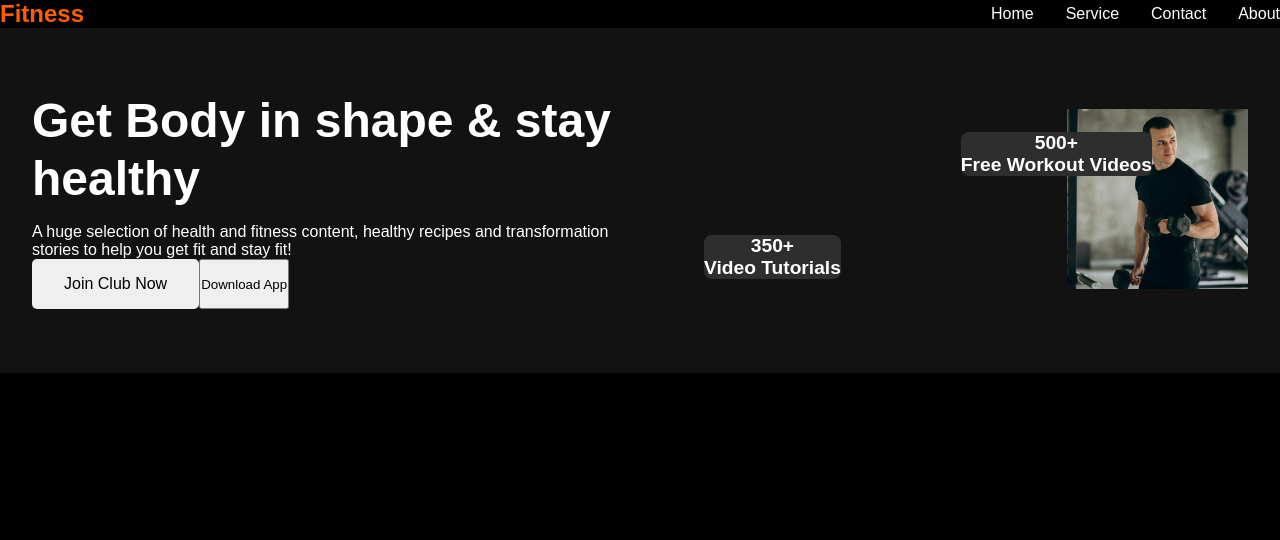
Repository: Aminul-Islam85/Assignment-2
Page: index.html
An editor plug-in stored every save of this project. The page is shown before and after the next save, followed by the edit.
The browser window is 1280 px wide. The pictures show the whole page.

Above is the page before, as saved 2024-10-23 15:25:34.

### index.html
<!DOCTYPE html>
<html lang="en">
<head>
    <meta charset="UTF-8">
    <meta name="viewport" content="width=device-width, initial-scale=1.0">
    <title>Fitness Website</title>
    <link rel="stylesheet" href="styles.css">
</head>
<body>

    <nav class="navbar">
        <h1 class="heading-text"></a>Fitness</h1>
        <ul class="nav-links">
            <li><a href="#"></a>Home</li>
            <li><a href="#"></a>Service</li>
            <li><a href="#"></a>Contact</li>
            <li><a href="#"></a>About</li>
        </ul>
        <div class="hamburger">
            <span></span>
            <span></span>
            <span></span>
        </div>
    </nav>

    <section class="hero">
        <div class="hero-content">
            <h1>Get Body in <span class="highlighted">shape</span> & stay healthy</h1>
            <p>A huge selection of health and fitness content, healthy recipes and transformation stories to help you get fit and stay fit!</p>
            <div class="hero-buttons">
                <button class="cta-btn join-btn"> Join Club Now</button>
                <button cta-btn download-btn>Download App</button>
            </div>
        </div>
        <div class="hero-image">
            <img src="images/image 5.png" alt="Trainer">
        </div>

        <div class="info-card workout-card">500+<br>Free Workout Videos</div>
        <div class="info-card tutorial-card">350+<br>Video Tutorials</div>
    </section>


</body>
</html>

### styles.css
/*Global Styles*/
* {
    margin: 0;
    padding: 0;
    box-sizing: border-box;
}

body {
    font-family: 'Arial', sans-serif;
    background-color: black;
    color: #fff;
}

/*Navbar*/
.navbar {
    display: flex;
    justify-content: space-between;
    align-items: center;
    padding: 1 rem 2 rem;
    background-color: transparent;
}

.heading-text {
    font-size: 1.5rem;
    color: #ff5e00;
}

/*nav-link hidden in moble*/
.nav-links {
    list-style: none;
    display: flex;
    gap: 2rem;
}

.nav-links a {
    color: #fff;
    text-decoration: none;
    font-size: 1rem;
}

/*Hamburger menu hidden in desktop*/
.hamburger {
    display: none;
    flex-direction: column;
    cursor: pointer;
}

.hamburger span {
    width: 25px;
    height: 3px;
    background-color: #fff;
    margin: 4px;
    transition: 0.3s;
}

/*responsiveness*/

@media (max-width: 768) {
    .nav-links {
        display: none;
    }
    .hamburger {
        display: flex;
    }
    /*hamburger clicked show nav-links*/
    .navbar.active .nav-links {
        display: flex;
        flex-direction: column;
        position: absolute;
        top: 60px;
        right: 0;
        background-color: #12121212;
        width: 100%;
        height: auto;
        text-align: center;
        padding: 1rem;
    }
    .nav-links li {
        margin: 1rem 0;
    }
}

/* Hero section*/
.hero {
    display: flex;
    justify-content: space-between;
    align-items: center;
    padding: 4rem 2rem;
    background-color: #121212;
    position: relative;
}
.hero-content {
    max-width: 50%;
}

.hero h1 {
    font-size: 3rem;
    line-height: 1.2;
    margin-bottom: 1rem;
}

.hero.highlighted {
    font-style: italic;
    font-weight: 700;
    color: #ff5e00;
}

hero p {
    font-size: 1.2rem;
    margin-bottom: 2rem;
}

.hero-buttons {
    display: flex;
    gap: irem;
}

.cta-btn {
    padding: 1rem 2rem;
    font-size: 1rem;
    border: none;
    border-radius: 5px;
    cursor: pointer;
}

.join.btn {
    background-color: #ff5e00;
    color: #fff;
}

.download-btn {
    background-color: transparent;
    border: 2px solid #fff;
    color: #fff;
}

.hero-image img {
    max-width: 100%;
    height: auto;
}

/*Info Cards*/
.info-card {
    position: absolute;
    background-color: #2e2e2e;
    color: white;
    border-radius: 8px;
    padding: 1re 1.5rem;
    font-size: 1.2rem;
    font-weight: bold;
    text-align: center;
}

.workout-card {
    top: 30%;
    right: 10%;
}

.tutorial-card {
    top: 60%;
    left: 55%;
}

/*Hero reponsive for mobile*/
@media (max-width: 768px) {
.hero {
    flex-direction: column;
    text-align: center;
}
.hero-content {
    max-width: 100%;
    margin-bottom: 2rem;
}
.hero-image img {
    max-width: 100%;
    height: auto;
}
.info-card {
    font-size: 1rem;
    padding: 0.75rem 1 rem;
    position: relative;
    margin: 1rem auto;
    width: auto;
}
.workout-card, .tutorial-card {
    top: auto;
    left: auto;
    right: auto;
    transform: none;
    margin-bottom: 1rem;
 }
}

/*Hero Buttons on mobile*/
@media (max-width:480px) {
    .hero-buttons {
        flex-direction: column;
        gap: 1rem;
    }
    .cta-btn {
        width: 100%;
    }
}

/*Change habit section*/
.habits {
    padding: 4rem 2rem;
    text-align: center;
    background-color: #121212;
}

.habits h2 {
    font-size: 2.5rem;
    margin-bottom: 1rem;
}

.habits p {
    font-size: 1.2rem;
    margin-bottom: 2rem;
}

.habits-gallery {
    display: flex;
    justify-content: space-around;
    align-items: center;
    flex-wrap: wrap;
    gap: 2rem;
}

.habit-item {
    text-align: center;
    max-width: 200px;
}

.habit-item img {
    width: 100px;
    height: 100px;
    border-radius: 50%;
    margin-bottom: 1rem;
}

.habit-item h3 {
    font-size: 1.5rem;
    margin-bottom: 0.5rem;
}
.habit-item p {
    font-size: 1rem;
    color: #aaa;
}

/*Extra mile section*/
.extra-mile {
    display: flex;
    justify-content: space-between;
    align-items: center;
    background-color: #2e2e2e;
    padding: 4rem 2rem;
    border-radius: 20px;
    margin: 4rem 0;
}

.extra-mile-content {
    max-width: 50%;
}
extra-mile h2 {
    font-size: 2.5rem;
    margin-bottom: 1rem;
}
.extra-mile p {
    font-size: 1.2rem;
    margin-bottom: 2rem;
}
.extra-mile btn {
    background-color: #ff5e00;
    color: white;
    border: none;
    padding: 1rem 2rem;
    border-radius: 5px;
    cursor: pointer;
}
.extra-mile image img {
    border-radius: 10px;
    max-width: 100%;
}
/*Footer*/
footer {
    text-align: center;
    padding: 1rem;
    background-color: #333;
    color: #fff;
    margin-top: 2rem;
}
/*responsive design*/
@media (max-width: 768px) {
    .hero h1 {
        font-size: 2rem;
    }
    .hero p {
        font-size: 1rem;
    }
    .extra-mile {
        flex-direction: column;
        text-align: center;
    }
    .extra-mile-content, .extra-mile-image {
        max-width: 100%;
    }
}

@media (max-width: 480px) {
    hero h1 {
        font-size: 1.5rem;
    }
    .hero p {
        font-size: 0.9rem;
    }
}

/* Trainings and Exercise*/
.trainings-exercises {
    padding: 4rem 2rem;
    text-align: center;
    background-color: #121212;
}

.trainings-exercises h2 {
    font-size: 2.5rem;
    margin-bottom: 1rem;
}
.trainings-exercises p {
    font-size: 1.2rem;
    margin-bottom: 2rem;
    color: #aaa;
}
.exercise-gallery {
    display: grid;
    grid-template-columns: repeat(3, 1fr);
    gap: 1rem;
}
.exercise-item {
    position: relative;
}
.exercise-item img {
    width: 100%;
    height: auto;
    border-radius: 10px;
}
.exercise-overlay {
    position: absolute;
    top: 0;
    left: 0;
    width: 100%;
    height: 100%;
    background-color: rgba(0, 0, 0, 0.5);
    color: white;
    display: flex;
    justify-content: center;
    align-items: center;
    opacity: 0;
    transition: opacity 0.3s ease;
    border-radius: 10px;
}
.exercise-item:hover .exercise-overlay {
    opacity: 1;
}
.exercise-overlay p {
    font-size: 1.2rem;
    text-align: center;
}

/*BMI*/
.bmi-calculator {
    background-color: #121212;
    padding: 4rem 2rem;
}
.bmi-title {
    text-align: center;
    margin-bottom: 2rem;
}
.bmi-title h2 {
    font-size: 2.5rem;
    margin-bottom: 1rem;
    color: #fff;
}
.bmi-title p {
    font-size: 1.2rem;
    color: #aaa;
}

/*calculator*/
.bmi-content {
    display: flex;
    justify-content: space-between;
    align-items: flex-start;
    background-color: #121212;
    padding: 2rem;
    border-radius: 20px;
}
.bmi-chart {
    flex: 1;
    margin-right: 2rem;
}
.bmi-chart h3 {
    color:#fff;
    margin-bottom: 1rem;
}
.bmi-chart table {
    width: 100%;
    border-collapse: collapse;
}
.bmi-chart table th, .bmi-chart table td {
    padding: 1rem;
    text-align: left;
    border: 1px solid #fff;
    color: #fff;
}
.bmi-form {
    flex: 1;
}
bmi-form h3 {
    color: #fff;
    margin-bottom: 1rem;
}
bmi-form p {
    margin-bottom: 2rem;
    color: #aaa;
}
.bmi-form input, .bmi-form select {
    width: 100%;
    padding: 1rem;
    margin-bottom: 1rem;
    border-radius: 5px;
    border: none;
    background-color: #333;
    color: #fff;
}
.bmi-form select {
    cursor: pointer;
}
.bmi-form, .calculate-btn {
    width: 100%;
    padding: 1rem 2rem;
    border-radius: 5px;
    border: none;
    background-color: #ff5e00;
    color: white;
    cursor: pointer;
    text-align: center;
}

/*responsiveness*/
@media (max-width: 768px) {
    .bmi-content {
        flex-direction: column;
    }
    .bmi-chart {
        margin-right: 0;
        margin-bottom: 2rem;
    }
}

/*Meet our team*/
.team-selection {
    background-color: #121212;
    padding: 4rem 2rem;
}
.team-title {
    text-align: center;
    margin-bottom: 2rem;
}
.team-title h2 {
    font-size: 2.5rem;
    margin-bottom: 1rem;
    color: #fff;
}
.team-title p {
    font-size: 1.2rem;
    color: #aaa;
}

/*Team-content*/
.team-content {
    display: grid;
    grid-template-columns: repeat(3,1fr);
    gap: 1.5rem;
    background-color: #2e2e2e;
    padding: 2rem;
    border-radius: 20px;
}
.team-member {
    position: relative;
    border-radius: 10px;
    overflow: hidden;
}
.team-member img {
    width: 100%;
    height: auto;
    border-radius: 10px;
}
.team-overlay {
    position: absolute;
    bottom: 0;
    left: 0;
    width: 100%;
    background-color: rgba(0, 0, 0, 0.5);
    color: white;
    padding: 1rem;
    text-align: center;
    transition: background-color 0.3s ease;
}
.team-member:hover .team-overlay {
    background-color: rgba(0, 0, 0, 0.7);
}
.team-overlay h3 {
    margin: 0;
    font-size: 1.2rem;
}
.team-overlay p {
    margin: 0.5rem 0 0;
    font-size: 0.9rem;
}

/*responsive design*/
@media (max-width: 768px) {
    .team.content {
        grid-template-columns: repeat(2, 1fr);
    }
}

@media (max-width: 480px) {
    .team.content {
        grid-template-columns: 1fr;
    }
}

/*footer section*/
.footer-section {
    background-color: #2e2e2e;
    padding: 4rem 2rem;
    color: #fff;
}
.footer-content {
    display: flex;
    justify-content: space-between;
    align-items: flex-start;
    margin-bottom: 2rem;
}
.footer-logo {
    font-size: 2.5rem;
    color: #ff5e00;
}
.footer-content p {
    max-width: 300px;
    color: #aaa;
}
.footer-links {
    display: flex;
    flex-direction: column;
}
.footer-links h3 {
    margin-bottom: 1rem;
}
.footer-links ul {
    list-style: none;
    padding: 0;
}
.footer-links li {
    margin-bottom: 0.5rem;
}
.footer-links a {
    color: #fff;
    text-decoration: none;
    transition: 0.3s ease;
}
.footer-links a:hover {
    color: #ff5e00;
}
.footer-bottom {
    text-align: center;
    padding-top: 1rem;
    border-top: 1px solid #444;
    color: #aaa;
}

/*rensiveness*/
@media (max-width: 768px) {
    .footer-content {
        flex-direction: column;
        text-align: center;
    }
    .footer-links {
        margin-top: 2rem;
    }
}

After the next save:
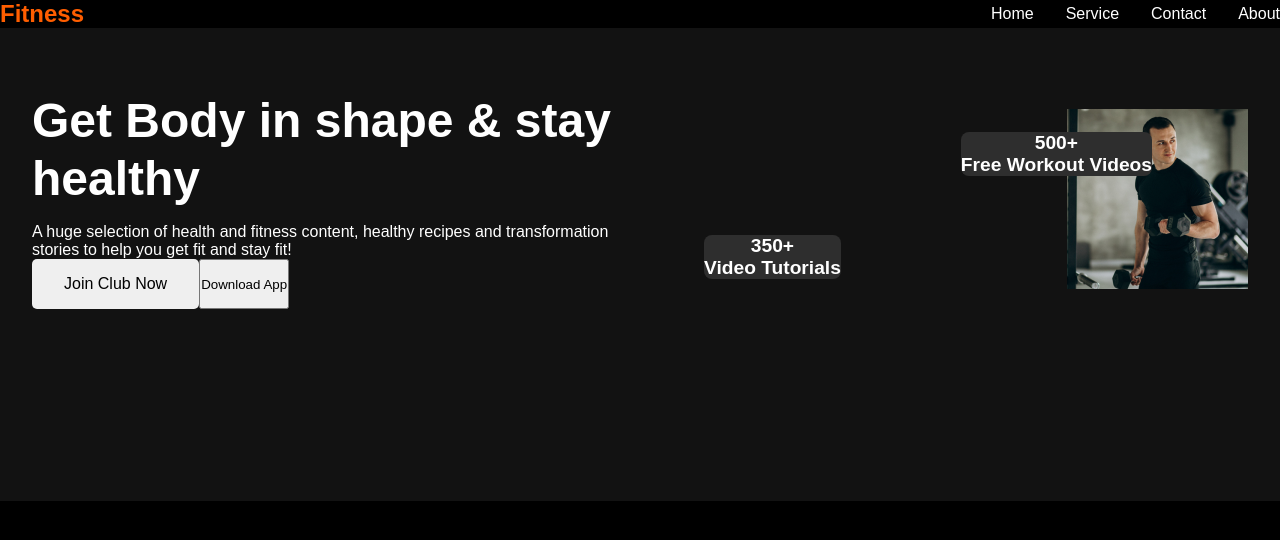
Saved 39 s later.
--- a/index.html
+++ b/index.html
@@ -40,6 +40,10 @@
         <div class="info-card tutorial-card">350+<br>Video Tutorials</div>
     </section>
 
+    <section class="habits">
+
+    </section>
+
 
 </body>
 </html>
